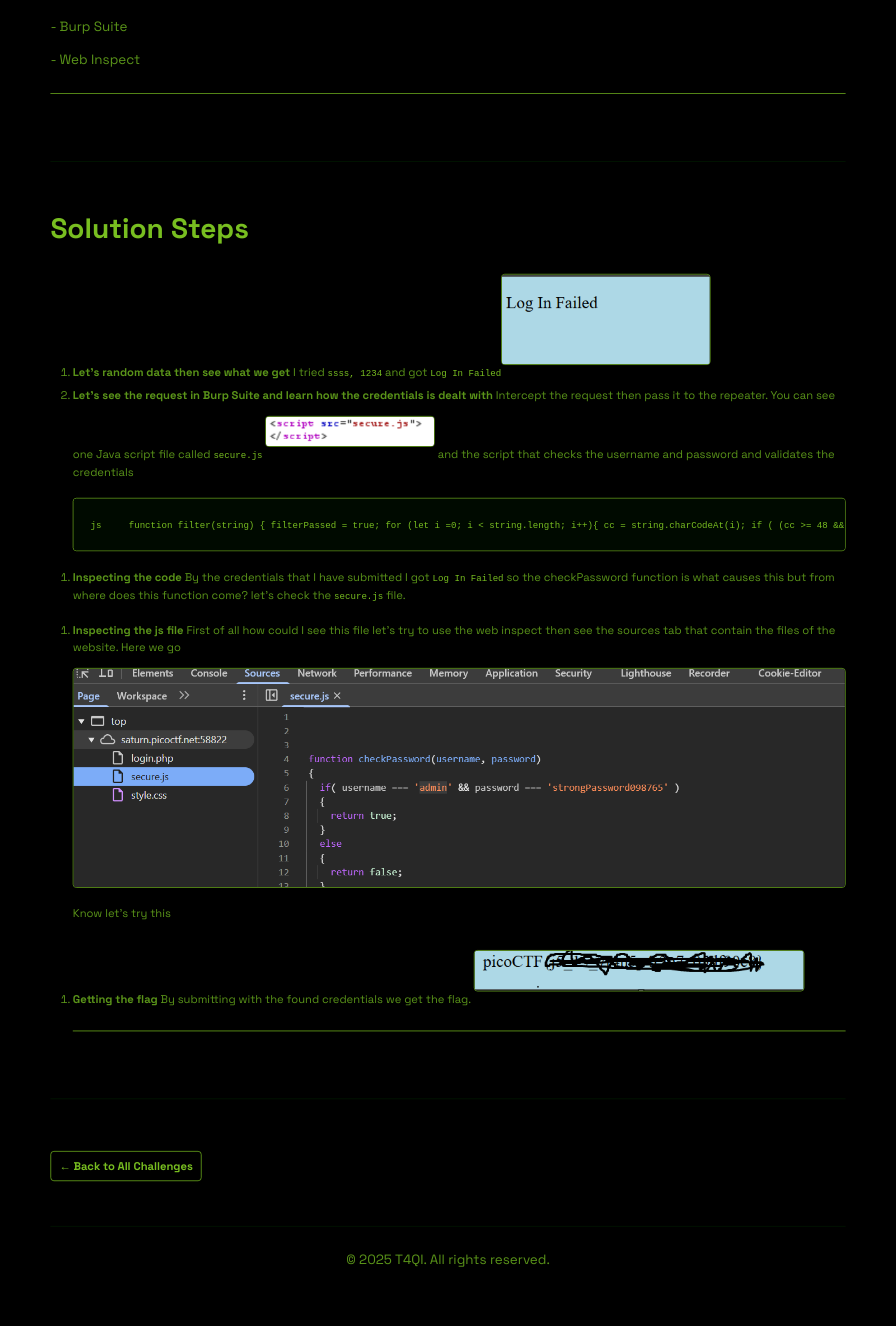
Repository: mohamedsoliman-tq/Website
Page: blogs/picoCTF/localauth.html
An editor plug-in stored every save of this project. The page is shown before and after a run of saves, followed by the edit.
The browser window is 1280 px wide. The pictures show the part of the page from y = 1276 to 3196 px (the page is 3170 px tall before and 3196 px after), at 70% of full size.

Above is the page before, as saved 2025-03-13 00:56:04.

### blogs/picoCTF/localauth.html
<!DOCTYPE html>
<html>

<head>
    <meta charset="UTF-8">
    <meta name="viewport" content="width=device-width, initial-scale=1.0">
    <title>Bookmarklet</title>
    <link rel="stylesheet" href="/css/blog.css">
</head>

<body>
    <nav>
        <ul>
            <li><a href="/">Home</a></li>
            <li><a href="/Projects.html">Projects</a></li>
            <li><a href="/Blogs.html">Blog</a></li>
        </ul>
    </nav>
    <div class="container">
        <div class="section" id="local-authority---write-up">
            <h1>Local Authority - Write-Up</h1>

            <p><strong>Date:</strong> 12/03/2025 </p>
            <p><strong>Challenge Category:</strong> #Web-Security</p>
            <p>Platform: #picoCTF </p>
            <p><strong>Difficulty:</strong> #Easy</p>
            <p><strong>Status:</strong> #Solved </p>

            <hr>
        </div>
        <div class="section" id="problem-description">
            <h2>Problem Description</h2>

            <p>*Can you get the flag?</p>
            <p>Go to this <a href="http://saturn.picoctf.net:58822/" class="read-more">website</a> and see what you can
                discover.*</p>

            <p>- <strong>Target:</strong> http://saturn.picoctf.net:58822/</p>
            <p>- <strong>Goal:</strong> extract a flag</p>
            <p>- <strong>Initial Observations:</strong> A simple login page let's see what does it hide</p>

            <hr>

        </div>
        <div class="section" id="tools-used">
            <h2>Tools Used</h2>

            <p>- Burp Suite</p>
            <p>- Web Inspect</p>

            <hr>

        </div>
        <div class="section" id="solution-steps">
            <h2>Solution Steps</h2>


            <ol>
                <li><strong>Let's random data then see what we get</strong> I tried <code>ssss, 1234</code> and got
                    <code>Log In Failed</code><img src="pics/la1.png" alt="la1.png">
                </li>
                <li><strong>Let's see the request in Burp Suite and learn how the credentials is dealt with</strong>
                    Intercept the request then pass it to the repeater. You can see one Java script file called
                    <code>secure.js</code> <img src="pics/la2.png" alt="la2.png"> and the script that checks the
                    username and password and validates the credentials
                    <pre><code>js     function filter(string) { filterPassed = true; for (let i =0; i < string.length; i++){ cc = string.charCodeAt(i); if ( (cc >= 48 && cc <= 57) || (cc >= 65 && cc <= 90) || (cc >= 97 && cc <= 122) ) { filterPassed = true;      } else { return false; } } return true; } window.username = "ssss"; window.password = "1234"; usernameFilterPassed = filter(window.username); passwordFilterPassed = filter(window.password); if ( usernameFilterPassed && passwordFilterPassed ) { loggedIn = checkPassword(window.username, window.password); if(loggedIn) { document.getElementById('msg').innerHTML = "Log In Successful"; document.getElementById('adminFormHash').value = "2196812e91c29df34f5e217cfd639881"; document.getElementById('hiddenAdminForm').submit(); } else { document.getElementById('msg').innerHTML = "Log In Failed"; } } else { document.getElementById('msg').innerHTML = "Illegal character in username or password." }
</li>
</ol></code></pre>

                    <ol>
                        <li><strong>Inspecting the code</strong> By the credentials that I have submitted I got
                            <code>Log In Failed</code> so the checkPassword function is what causes this but from where
                            does this function come? let's check the <code>secure.js</code> file.
                        </li>
                    </ol>
                    <ol>
                        <li><strong>Inspecting the js file</strong> First of all how could I see this file let's try to
                            use the web inspect then see the sources tab that contain the files of the website. Here we
                            go <img src="pics/la3.png" alt="Pasted image 20250312230932.png">
                            Know let's try this
                        </li>
                    </ol>
                    <ol>
                        <li><strong>Getting the flag</strong> By submitting with the found credentials we get the flag.
                            <img src="pics/la4.png" alt="Pasted image 20250312231319.png">
                            <hr>
                        </li>
                    </ol>
        </div>
        <div class="section">
            <a href="/blogs/picoCTF/picoCTF.html" class="read-more">← Back to All Challenges</a>
        </div>
        <footer>
            <p>&copy; 2025 T4QI. All rights reserved.</p>
        </footer>
    </div>
</body>

</html>

### css/blog.css
@import url('https://fonts.googleapis.com/css2?family=Space+Grotesk:wght@300;400;700&display=swap');

    :root {
        --primary-black: #000000;
        --green-accent: #78BE20;
        --dark-green: #5a9419;
    }

    * {
        margin: 0;
        padding: 0;
        box-sizing: border-box;
        font-family: 'Space Grotesk', sans-serif;
    }

    body {
        background-color: var(--primary-black);
        color: var(--green-accent);
        line-height: 1.6;
    }

    .container {
        max-width: 1200px;
        margin: 0 auto;
        padding: 2rem;
    }

    .section {
        padding: 4rem 0;
        border-bottom: 1px solid #001a00;
    }

    /* Navigation Styles */
    nav {
        background: rgba(0, 0, 0, 0.95);
        padding: 1rem;
        position: sticky;
        top: 0;
        border-bottom: 2px solid var(--green-accent);
        z-index: 100;
    }

    nav ul {
        display: flex;
        justify-content: space-around;
        list-style: none;
    }

    nav a {
        color: var(--green-accent);
        text-decoration: none;
        padding: 0.5rem 1rem;
        transition: all 0.3s;
    }

    nav a:hover {
        color: var(--dark-green);
        text-shadow: 0 0 10px var(--green-accent);
    }

    /* Hero Section Styles */
    .hero {
        text-align: center;
        padding: 4rem 0;
        background: linear-gradient(45deg, var(--primary-black), #001100);
    }

    h1, h2, h3, h4, h5, h6 {
        color: var(--green-accent);
        margin-bottom: 1rem;
    }

    h1 {
        font-size: 3.5rem;
        text-shadow: 0 0 15px var(--green-accent);
    }

    h2 {
        font-size: 2.5rem;
    }

    p {
        color: var(--dark-green);
        font-size: 1.2rem;
        margin-bottom: 1rem;
    }

    /* Code blocks */
    pre {
        background: #000a00;
        padding: 1.5rem;
        border-radius: 5px;
        border: 1px solid var(--green-accent);
        overflow-x: auto;
        margin: 1.5rem 0;
    }

    code {
        font-family: monospace;
        color: var(--green-accent);
    }

    /* List styling */
    ul, ol {
        margin-left: 2rem;
        margin-bottom: 1.5rem;
        color: var(--dark-green);
    }

    li {
        margin-bottom: 0.5rem;
    }

    /* Links */
    a {
        color: var(--green-accent);
        text-decoration: none;
        transition: all 0.3s;
    }

    a:hover {
        color: var(--dark-green);
        text-shadow: 0 0 10px var(--green-accent);
    }

    .read-more {
        display: inline-block;
        margin-top: 10px;
        padding: 8px 12px;
        font-size: 1rem;
        font-weight: bold;
        color: var(--green-accent);
        text-decoration: none;
        border: 1px solid var(--green-accent);
        border-radius: 5px;
        transition: all 0.3s ease;
    }

    .read-more:hover {
        background-color: var(--green-accent);
        color: var(--primary-black);
        box-shadow: 0 0 10px var(--green-accent);
    }

    /* Images */
    img {
        max-width: 100%;
        border: 1px solid var(--green-accent);
        border-radius: 5px;
        margin: 1rem 0;
    }

    /* Horizontal rule */
    hr {
        border: none;
        height: 1px;
        background-color: var(--green-accent);
        margin: 2rem 0;
    }

    /* Responsive adjustments */
    @media (max-width: 768px) {
        h1 {
            font-size: 2.5rem;
        }

        .container {
            padding: 1rem;
        }

        .section {
            padding: 2rem 0;
        }
    }

    footer {
        text-align: center;
        padding: 2rem;
        color: var(--green-accent);
    }

After the next 2 saves:
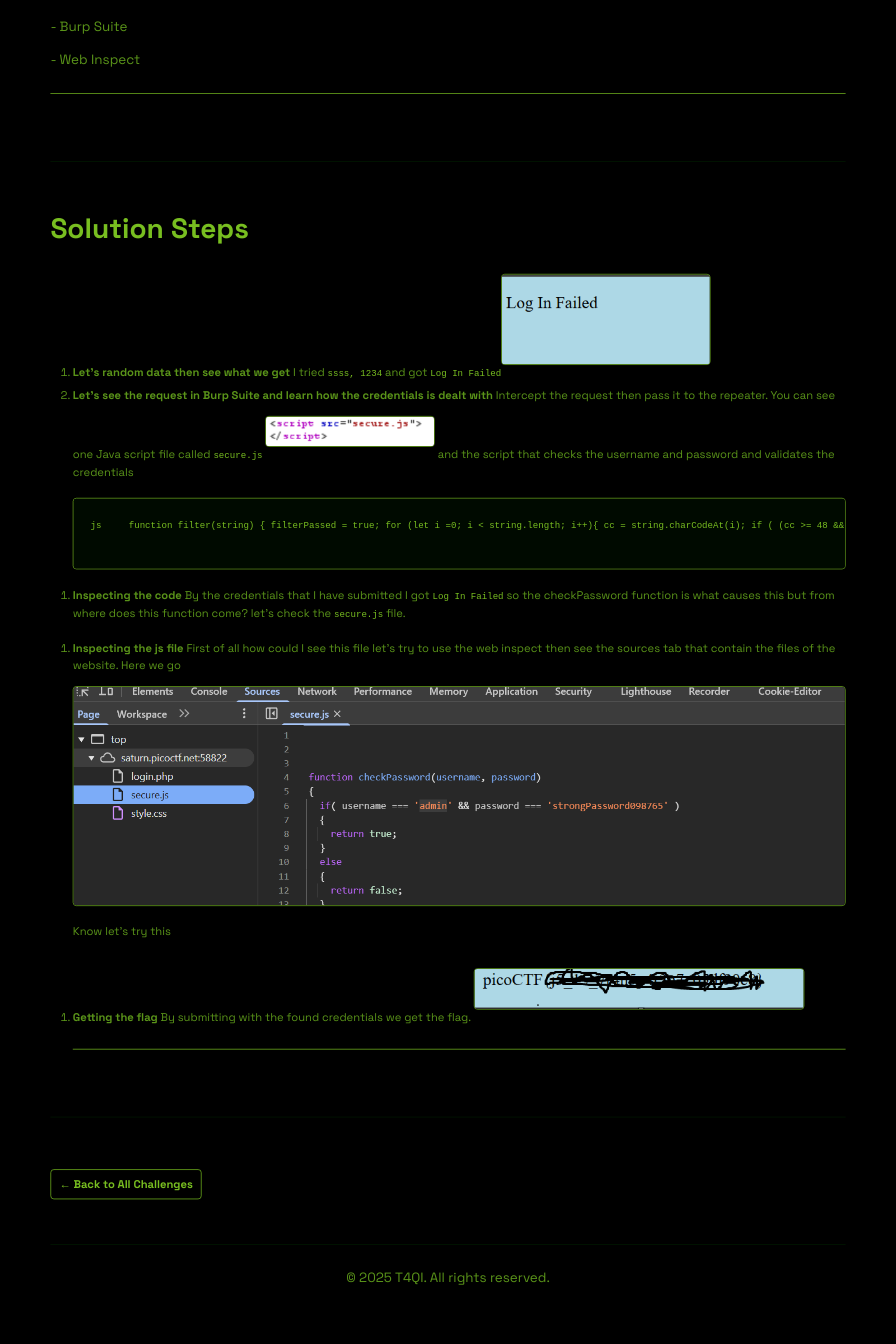
The 2 saves are shown as one change because they came seconds apart.
The last was saved 14 s later.
--- a/blogs/picoCTF/localauth.html
+++ b/blogs/picoCTF/localauth.html
@@ -64,7 +64,7 @@
                     <code>secure.js</code> <img src="pics/la2.png" alt="la2.png"> and the script that checks the
                     username and password and validates the credentials
                     <pre><code>js     function filter(string) { filterPassed = true; for (let i =0; i < string.length; i++){ cc = string.charCodeAt(i); if ( (cc >= 48 && cc <= 57) || (cc >= 65 && cc <= 90) || (cc >= 97 && cc <= 122) ) { filterPassed = true;      } else { return false; } } return true; } window.username = "ssss"; window.password = "1234"; usernameFilterPassed = filter(window.username); passwordFilterPassed = filter(window.password); if ( usernameFilterPassed && passwordFilterPassed ) { loggedIn = checkPassword(window.username, window.password); if(loggedIn) { document.getElementById('msg').innerHTML = "Log In Successful"; document.getElementById('adminFormHash').value = "2196812e91c29df34f5e217cfd639881"; document.getElementById('hiddenAdminForm').submit(); } else { document.getElementById('msg').innerHTML = "Log In Failed"; } } else { document.getElementById('msg').innerHTML = "Illegal character in username or password." }
-</li>
+                    </li>
 </ol></code></pre>
 
                     <ol>
